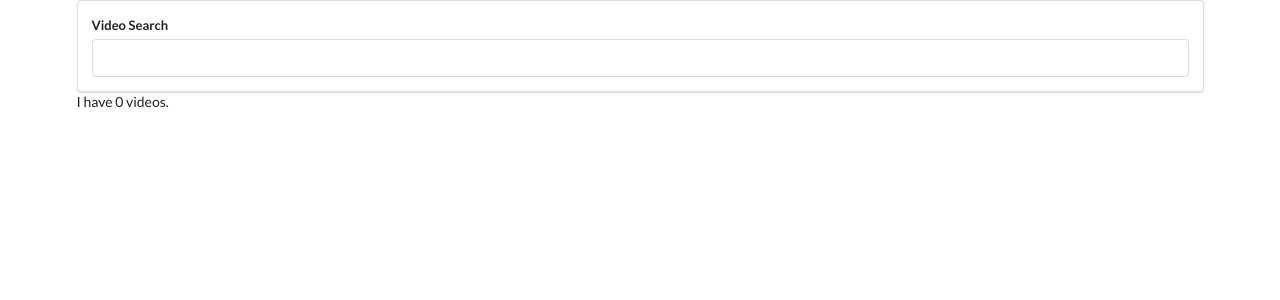
Repository: EgorSherstnev/Videos-hooks
Page: /
The author's editor kept a copy of each file at every save. The page is drawn from the files as they stood at one save, then again after the next save.
The browser window is 1280 px wide. The pictures show the whole page.
Some web libraries are served in a nearby version. The project was rebuilt for these pictures with package versions that can differ from the ones it lists, and the page was loaded fresh each time.

Above is the page before, as saved 2022-10-19 23:00:30.

### public/index.html
<!DOCTYPE html>
<html lang="en">
  <head>
    <meta charset="utf-8" />
    <link rel="icon" href="%PUBLIC_URL%/favicon.ico" />
    <meta name="viewport" content="width=device-width, initial-scale=1" />
    <meta name="theme-color" content="#000000" />
    <link rel="stylesheet" href="https://cdnjs.cloudflare.com/ajax/libs/semantic-ui/2.5.0/semantic.min.css" />
    <meta
      name="description"
      content="Web site created using create-react-app"
    />
    <link rel="apple-touch-icon" href="%PUBLIC_URL%/logo192.png" />
    <!--
      manifest.json provides metadata used when your web app is installed on a
      user's mobile device or desktop. See https://developers.google.com/web/fundamentals/web-app-manifest/
    -->
    <link rel="manifest" href="%PUBLIC_URL%/manifest.json" />
    <!--
      Notice the use of %PUBLIC_URL% in the tags above.
      It will be replaced with the URL of the `public` folder during the build.
      Only files inside the `public` folder can be referenced from the HTML.

      Unlike "/favicon.ico" or "favicon.ico", "%PUBLIC_URL%/favicon.ico" will
      work correctly both with client-side routing and a non-root public URL.
      Learn how to configure a non-root public URL by running `npm run build`.
    -->
    <title>React App</title>
  </head>
  <body>
    <noscript>You need to enable JavaScript to run this app.</noscript>
    <div id="root"></div>
    <!--
      This HTML file is a template.
      If you open it directly in the browser, you will see an empty page.

      You can add webfonts, meta tags, or analytics to this file.
      The build step will place the bundled scripts into the <body> tag.

      To begin the development, run `npm start` or `yarn start`.
      To create a production bundle, use `npm run build` or `yarn build`.
    -->
  </body>
</html>

### src/index.js
import React from "react";
import ReactDOM  from "react-dom";
import App from './components/App';

ReactDOM.render(
    <App />,
    document.querySelector('#root')
);

### src/components/App.js
import React from "react";
import SearchBar from "./SearchBar";
import youtube from "../apis/youtube";
import VideoList from "./VideoList";

class App extends React.Component {
    state = { videos: [] }

    onTermSubmit = async term => {
        const response = await youtube.get('/search', {
            params: {
                q: term
            }
        });

        this.setState({ videos: response.data.items});
    }

    render() {
        return (
            <div className="ui container">
                <SearchBar onFormSubmit={this.onTermSubmit}/>
                I have {this.state.videos.length} videos.
            </div>
        );
    }
}

export default App;

### src/components/SearchBar.js
import React from "react";

class SearchBar extends React.Component {
    state = { term: '' };

    onInputChange = (event) => {
        this.setState({ term: event.target.value });
    };

    onFormSubmit = (event) => {
        event.preventDefault();

        this.props.onFormSubmit(this.state.term);
    }

    render () {
        return (
            <div className="search-bar ui segment">
                <form onSubmit={this.onFormSubmit} className="ui form">
                    <div className="field">
                        <label>Video Search</label>
                        <input
                            type="text"
                            value={this.state.term}
                            onChange={this.onInputChange}
                        />
                    </div>
                </form>
            </div>
        );
    }
}

export default SearchBar;

### src/apis/youtube.js
import axios from 'axios';

const KEY = 'AIzaSyBixsksyZX8cQNVOl_HvQLymQy21P7eWKY' ;

export default axios.create({
    baseURL: 'https://www.googleapis.com/youtube/v3',
    params: {
      part: 'snippet',
      type: 'video',
      maxResults: 5,
      key: KEY
  }
});

### src/components/VideoList.js
import React from "react";

const VideoList = (props) => {
    return <div>VideoList</div>
};

export default VideoList;

After the next save:
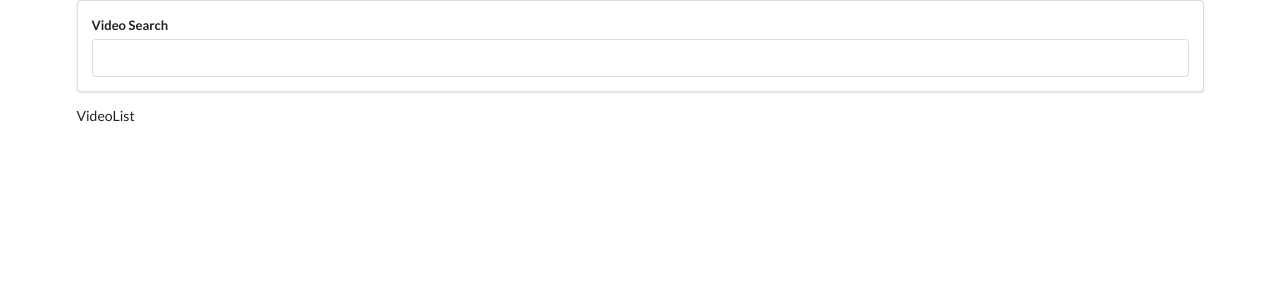
Saved 3 min 46 s later.
--- a/src/components/App.js
+++ b/src/components/App.js
@@ -20,7 +20,7 @@ class App extends React.Component {
         return (
             <div className="ui container">
                 <SearchBar onFormSubmit={this.onTermSubmit}/>
-                I have {this.state.videos.length} videos.
+                <VideoList videos={this.state.videos} />
             </div>
         );
     }
